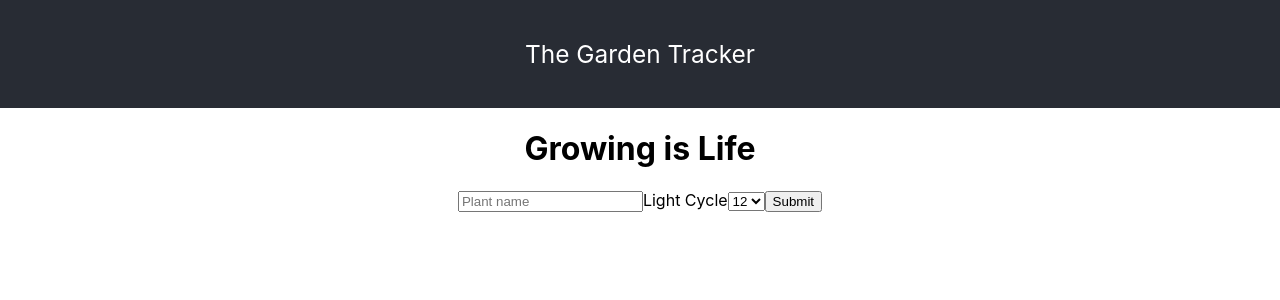
Repository: charliejp0311/gardentracker
Page: /harvest
These files come from the project's save history. The page is drawn as it stood at one moment and after the next save; the edit follows.
The browser window is 1280 px wide. The pictures show the whole page.
The project was rebuilt for these pictures with package versions that can differ from the ones it lists, and the page was loaded fresh each time.

Above is the page before, as saved 2020-10-27 17:14:33.

After the next save:
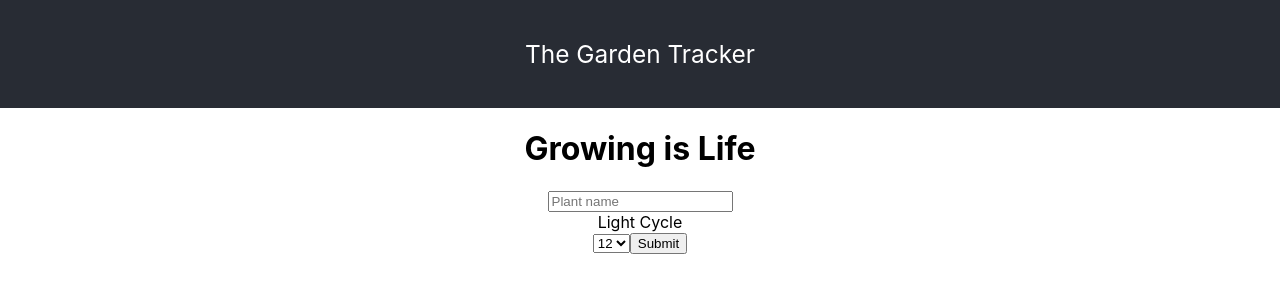
Saved 26 s later.
--- a/src/components/CreatePlant.js
+++ b/src/components/CreatePlant.js
@@ -3,8 +3,8 @@ import React from 'react';
 export default function CreatePlant(props){
     return(
         <form onSubmit={props.handleSubmit}>
-            <input type='text' onChange={props.handleChange} value={props.state} placeholder='Plant name'/>
-            <label>Light Cycle</label>
+            <input type='text' onChange={props.handleChange} value={props.state} placeholder='Plant name'/><br/>
+            <label>Light Cycle</label><br/>
             <select>
                 <option value='12'>12</option>
                 <option value='18'>18</option>
